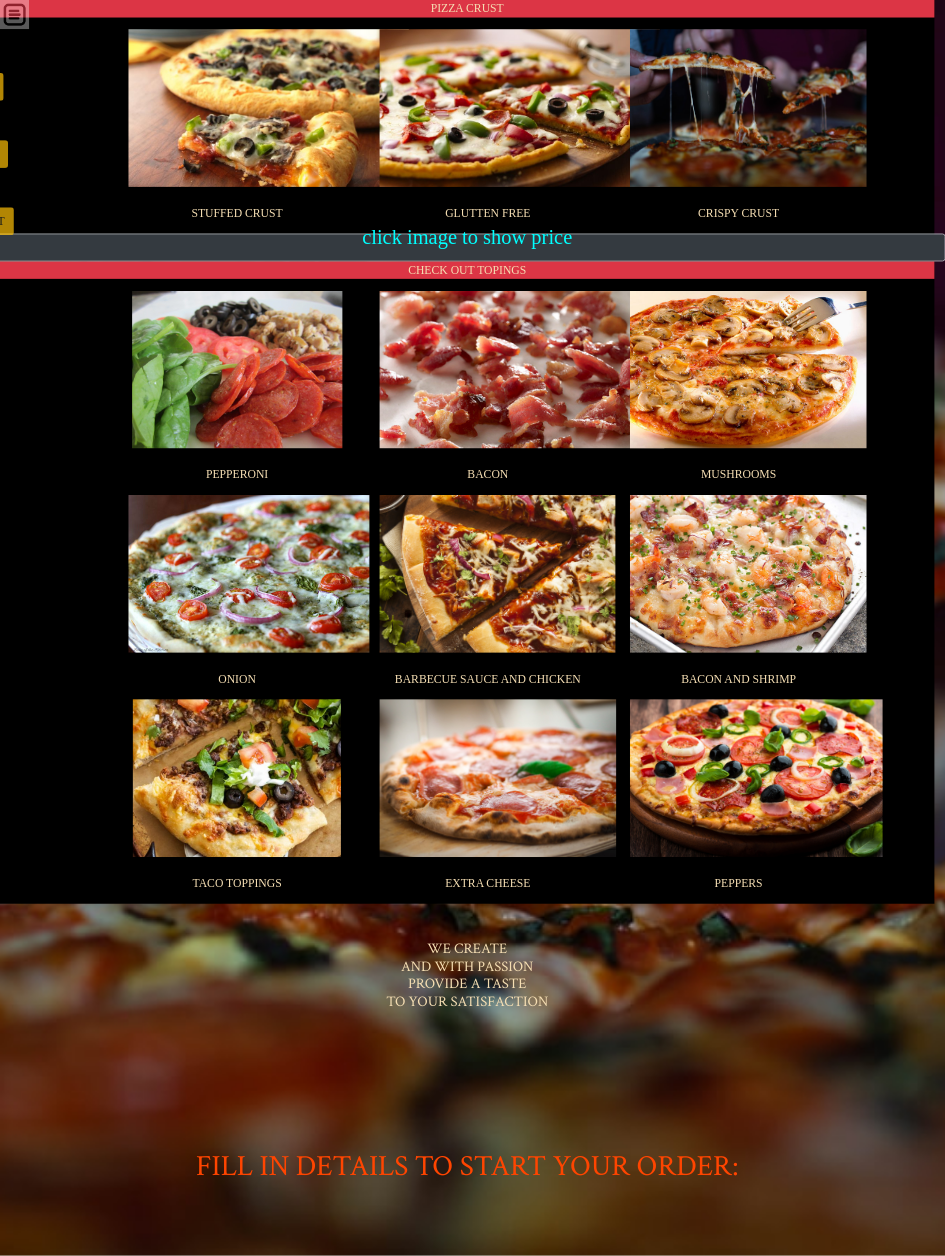
Repository: alexmwaura/MOREO--PIZZA-IP4
Page: mine.html
An editor plug-in stored every save of this project. The page is shown before and after a run of saves, followed by the edit.
The browser window is 1280 px wide. The page is 1295 px wide, so the pictures cover 1295 px, including what lies to the right of the window. The pictures show the whole page, at 73% of full size.
Some web fonts or font styles are not loaded; a fallback is used.

Above is the page before, as saved 2019-09-01 14:33:25.

After the next 4 saves:
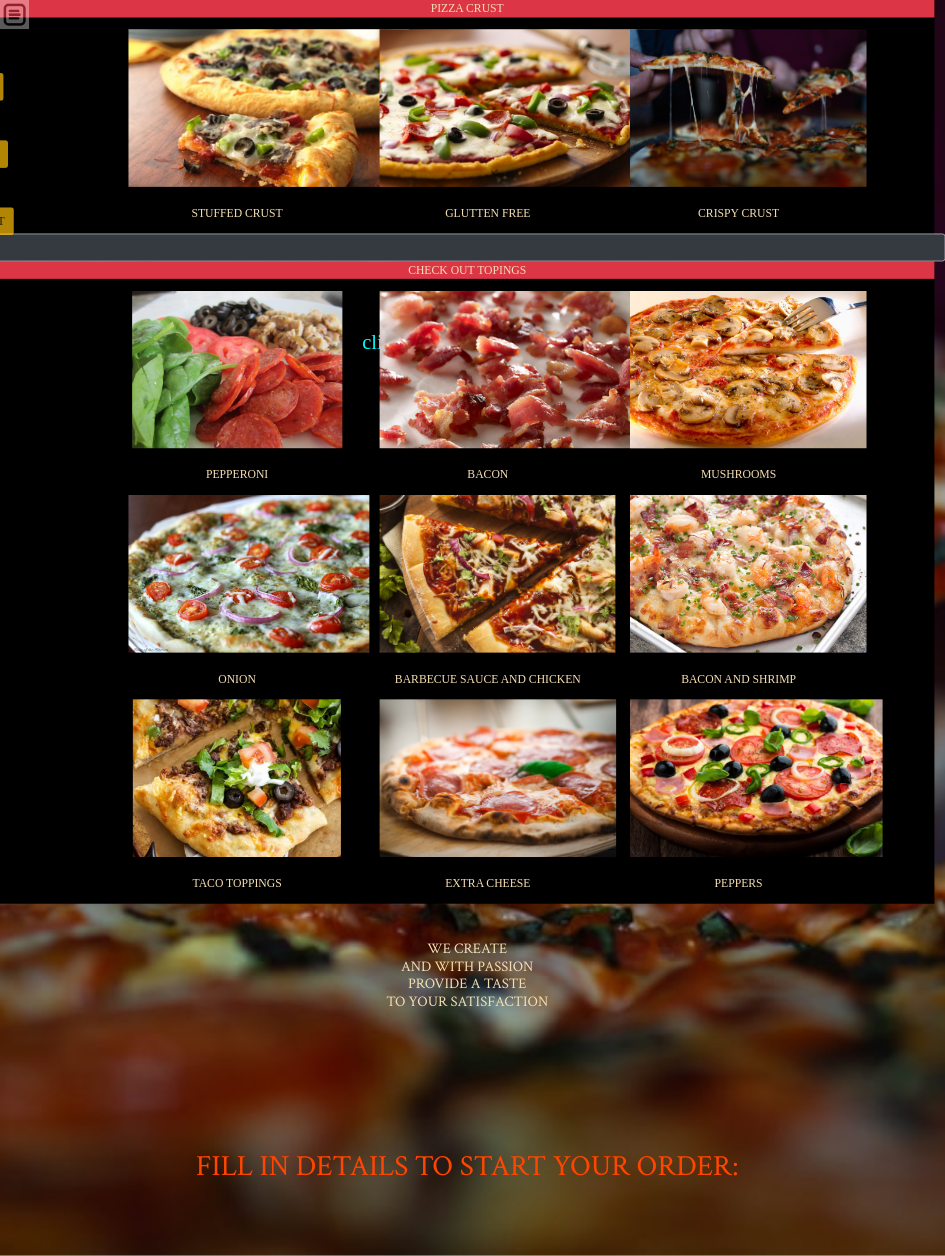
The 4 saves are shown as one change because they came seconds apart.
The last was saved 13 s later.
--- a/CSS/styles.css
+++ b/CSS/styles.css
@@ -113,7 +113,7 @@ h1{
 .price{
 
     animation: bounce 3s infinite;
-
+    margin-top: 20vh;
 }
 @keyframes bounce {
 
